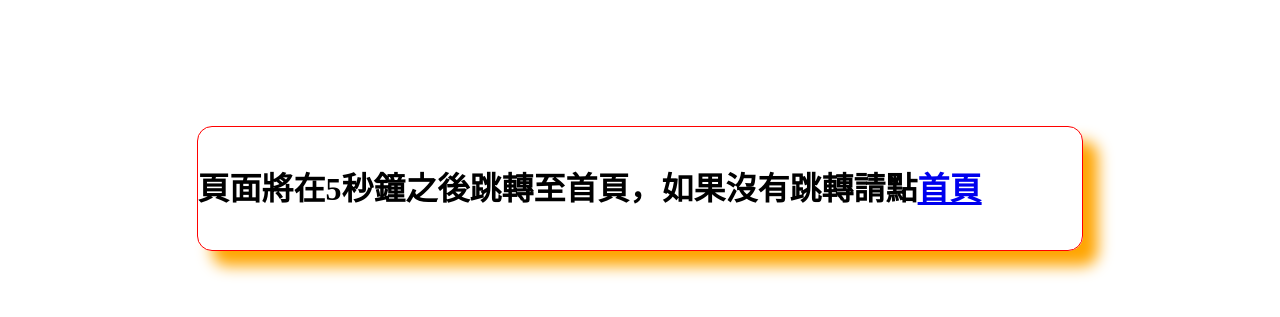
Repository: cctytw2000/JavaSecondProject
Page: http://localhost/EEIT109_35/member/jump.jsp
The author's editor kept a copy of each file at every save. The page is drawn from the files as they stood at one save, then again after the next save.
The browser window is 1280 px wide. The pictures show the whole page.
The page is served by Tomcat 9. Other server files are loaded and not shown.

Above is the page before, as saved 2019-09-07 07:52:37.

### Member/EEIT109_35/src/main/webapp/member/jump.jsp
<%@ page language="java" contentType="text/html; charset=UTF-8"
	pageEncoding="UTF-8"%>
<!DOCTYPE html>
<html>
<head>
<meta charset="UTF-8">

<!--  <meta http-equiv="refresh" content="5;url=../home.jsp">-->
<title>Insert title here</title>
</head>
<body>

	<div style="border: 1px solid red;width:70%;height:30%;margin:10% auto;box-shadow: 15px 15px 15px orange;border-radius: 15px 15px">
		<h1 style="line-height: 2.5em">
			頁面將在5秒鐘之後跳轉至首頁，如果沒有跳轉請點<a href="../home.jsp">首頁</a>
		</h1>
	</div>
</body>
</html>

After the next save:
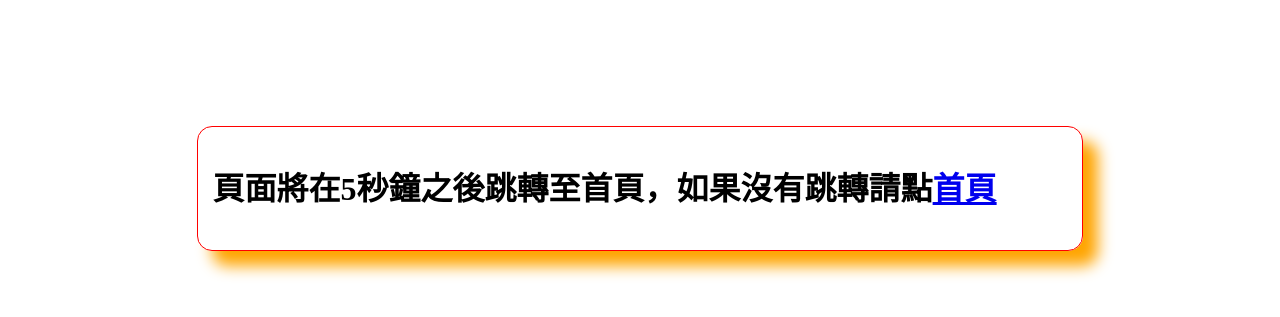
Saved 65 s later.
--- a/Member/EEIT109_35/src/main/webapp/member/jump.jsp
+++ b/Member/EEIT109_35/src/main/webapp/member/jump.jsp
@@ -11,7 +11,7 @@
 <body>
 
 	<div style="border: 1px solid red;width:70%;height:30%;margin:10% auto;box-shadow: 15px 15px 15px orange;border-radius: 15px 15px">
-		<h1 style="line-height: 2.5em">
+		<h1 style="line-height: 2.5em;margin-left: 15px">
 			頁面將在5秒鐘之後跳轉至首頁，如果沒有跳轉請點<a href="../home.jsp">首頁</a>
 		</h1>
 	</div>
